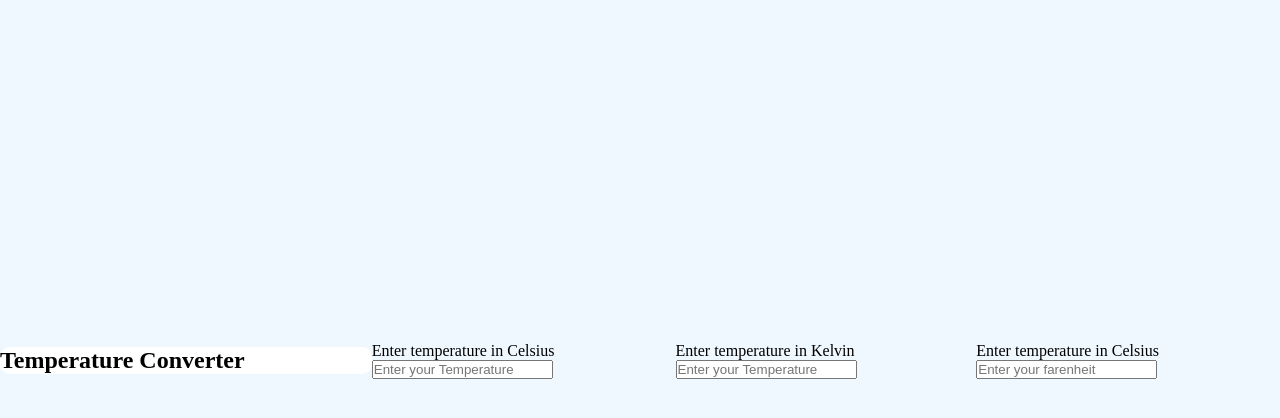
Repository: JunaidAnsari202/Temperature-Converter
Page: index.html
These files come from the project's save history. The page is drawn as it stood at one moment and after the next save; the edit follows.
The browser window is 1280 px wide. The pictures show the whole page.

Above is the page before, as saved 2024-10-16 13:23:45.
Not found: script,js

After the next save:
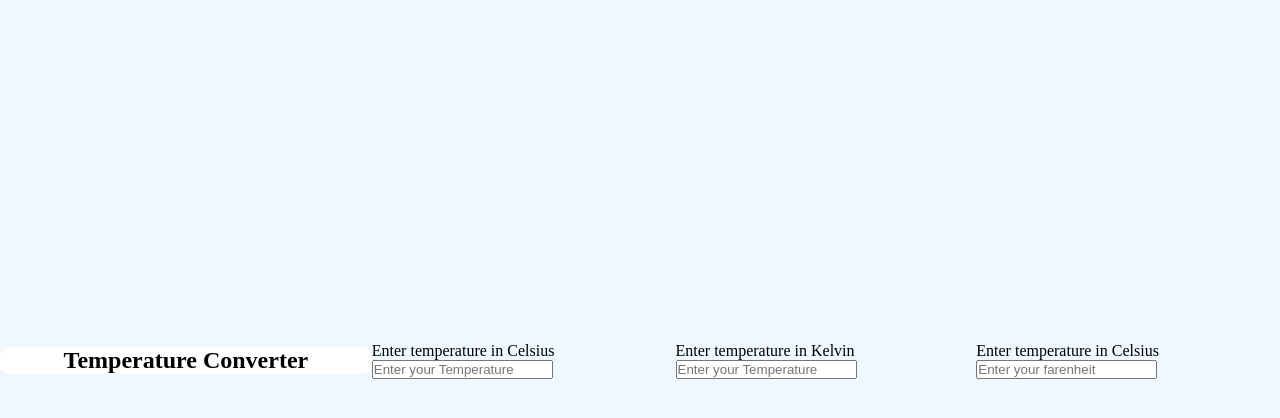
Saved 23 s later.
--- a/style.css
+++ b/style.css
@@ -18,6 +18,5 @@ body{
     background-color: white;
     border-radius: 10px;
     text-align: center;
-    display: flex;
-    flex-wrap: wrap;
+
 }
